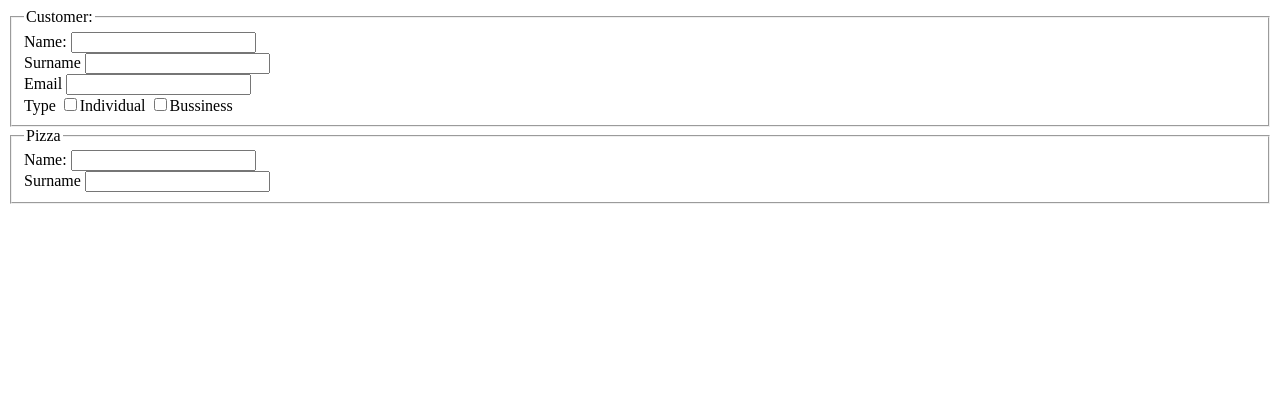
Repository: wisni4k/html-trainee
Page: testWeb/WebContent/Formularz.html
An editor plug-in stored every save of this project. The page is shown before and after the next save, followed by the edit.
The browser window is 1280 px wide. The pictures show the whole page.

Above is the page before, as saved 2015-07-10 11:29:01.

### testWeb/WebContent/Formularz.html
<!DOCTYPE html>
<html>
<head>
<meta charset="UTF-8">
<title>Insert title here</title>
</head>
<body>

	<form>
		<fieldset>
			<legend>Customer:</legend>
			Name: <input type="text"><br>
			Surname <input type="text"><br>
			Email <input type="text"><br>
			Type <input type="checkbox" name="vehicle" value="Bike">Individual
				 <input type="checkbox" name="vehicle" value="Car">Bussiness
		</fieldset>

		<fieldset>
			<legend>Pizza</legend>
			Name: <input type="text"><br>
			Surname <input type="text"><br>
		</fieldset>
	</form>


</body>
</html>

After the next save:
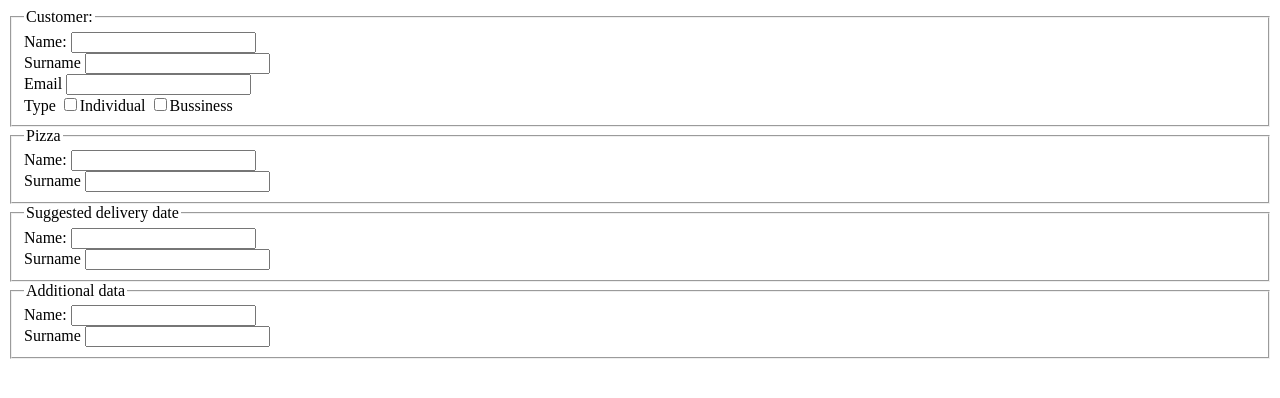
Saved 34 s later.
--- a/testWeb/WebContent/Formularz.html
+++ b/testWeb/WebContent/Formularz.html
@@ -9,17 +9,23 @@
 	<form>
 		<fieldset>
 			<legend>Customer:</legend>
-			Name: <input type="text"><br>
-			Surname <input type="text"><br>
-			Email <input type="text"><br>
-			Type <input type="checkbox" name="vehicle" value="Bike">Individual
-				 <input type="checkbox" name="vehicle" value="Car">Bussiness
+			Name: <input type="text"><br> Surname <input type="text"><br>
+			Email <input type="text"><br> Type <input
+				type="checkbox" name="vehicle" value="Bike">Individual <input
+				type="checkbox" name="vehicle" value="Car">Bussiness
 		</fieldset>
 
 		<fieldset>
 			<legend>Pizza</legend>
-			Name: <input type="text"><br>
-			Surname <input type="text"><br>
+			Name: <input type="text"><br> Surname <input type="text"><br>
+		</fieldset>
+		<fieldset>
+			<legend>Suggested delivery date</legend>
+			Name: <input type="text"><br> Surname <input type="text"><br>
+		</fieldset>
+		<fieldset>
+			<legend>Additional data</legend>
+			Name: <input type="text"><br> Surname <input type="text"><br>
 		</fieldset>
 	</form>
 
